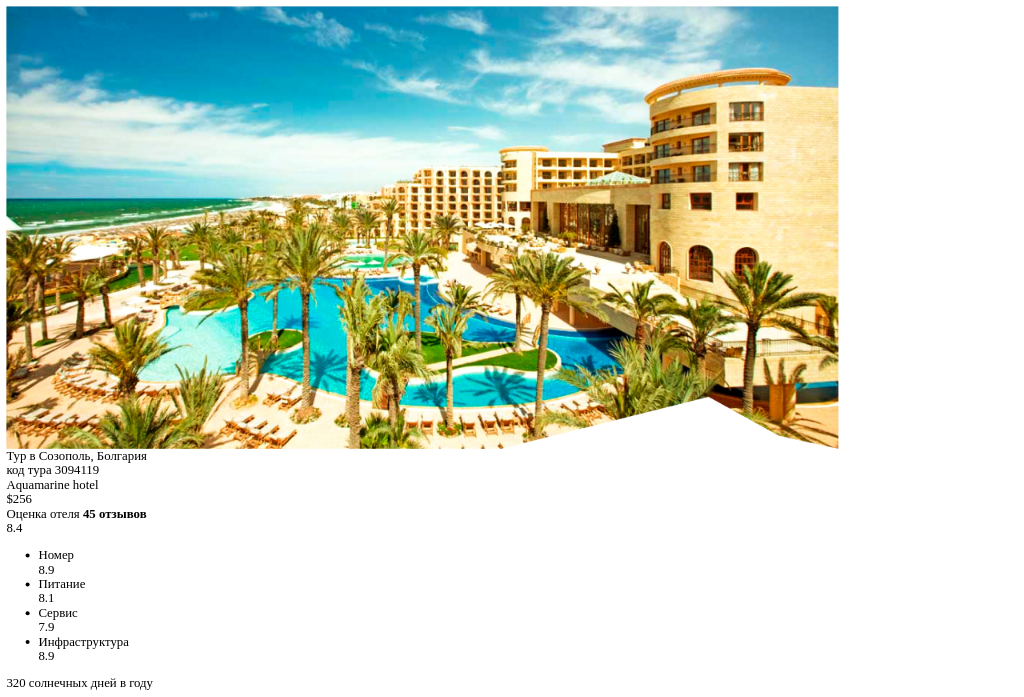
Repository: chekhunov/suntour
Page: app/html/components/_card-hotel.html
These files come from the project's save history. The page is drawn as it stood at one moment and after the next save; the edit follows.
The browser window is 1280 px wide. The pictures show the whole page, at 80% of full size.

Above is the page before, as saved 2021-03-16 13:06:24.

After the next save:
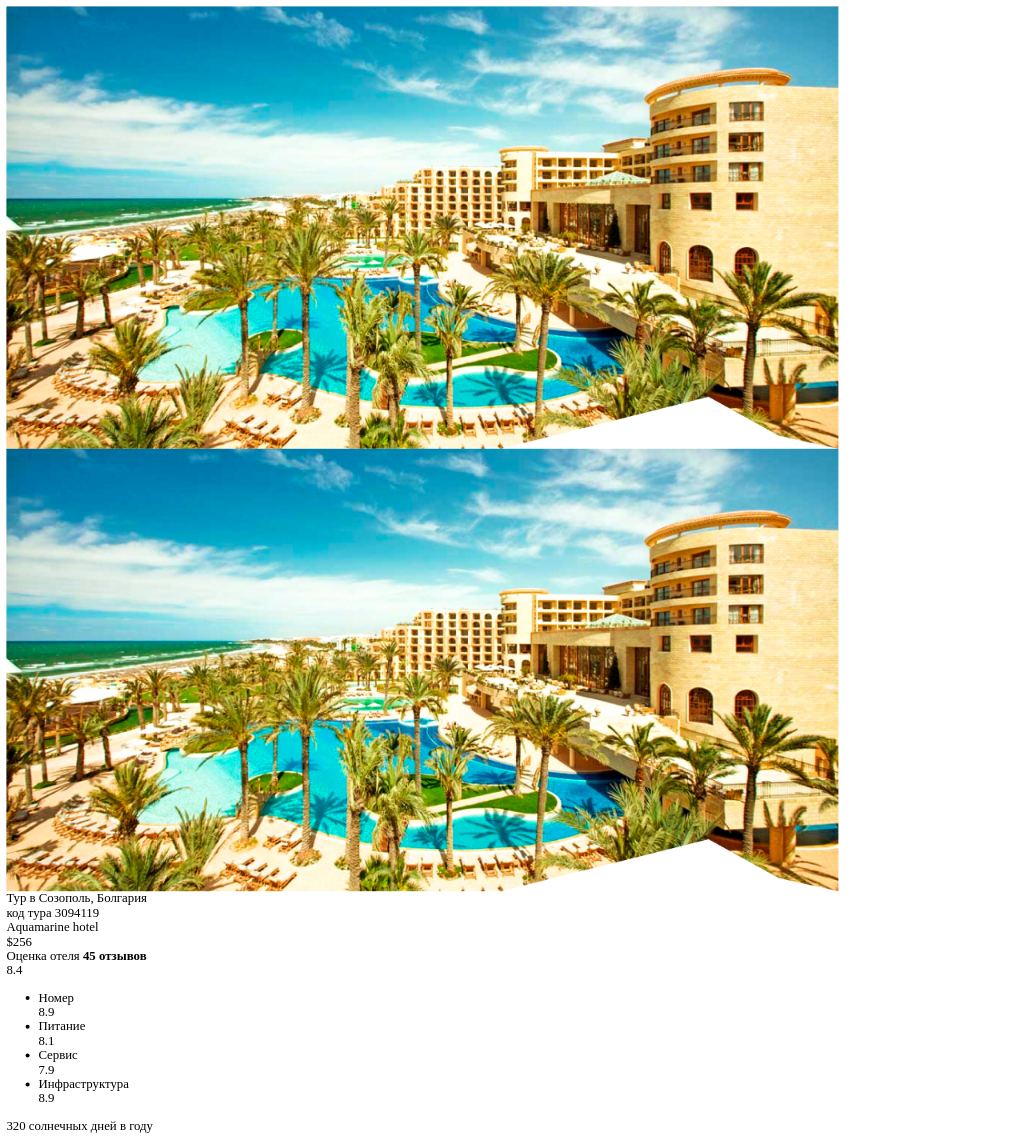
Saved 19 s later.
--- a/app/html/components/_card-hotel.html
+++ b/app/html/components/_card-hotel.html
@@ -1,6 +1,8 @@
 <article class="card-hotel" href="#">
 
   <div class="card-hotel__image">
+
+    <img class="card-hotel__img" src="../images/content/card-hotelbg.jpg" alt="card hotel images">
 
     <img class="card-hotel__img" src="../images/content/card-hotelbg.jpg" alt="card hotel images">
 
